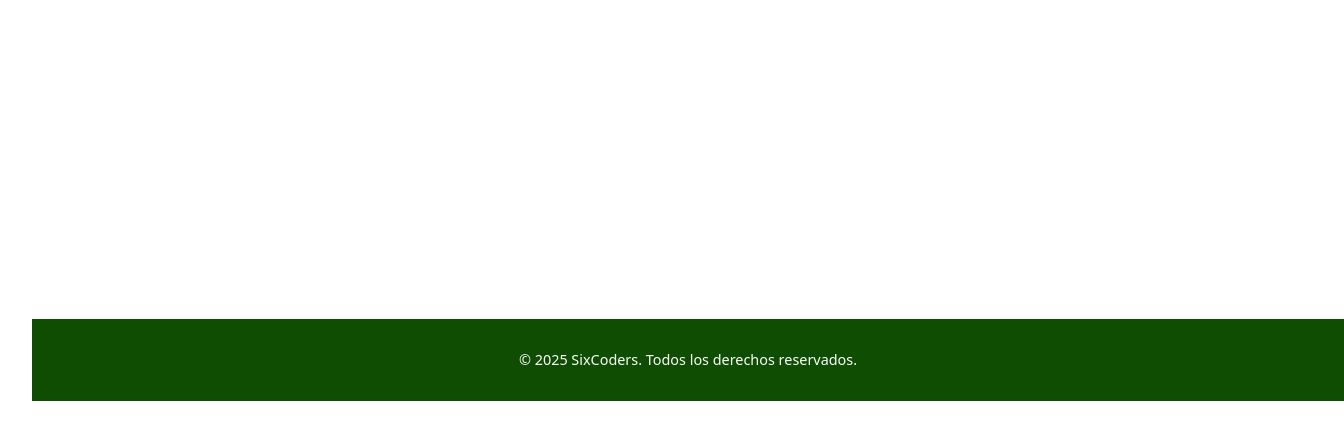
Repository: gaizkamg/cadena-de-postales-FRONT
Page: /
The author's editor kept a copy of each file at every save. The page is drawn from the files as they stood at one save, then again after the next save.
The browser window is 1280 px wide. The page is 1344 px wide, then 1280 px, so the pictures cover 1344 px, including what lies to the right of the window. The pictures show the whole page.
The project was rebuilt for these pictures with package versions that can differ from the ones it lists, and the page was loaded fresh each time. Also part of the build but not shown: vite.config.js.

Above is the page before, as saved 2025-05-21 08:45:13.

After the next save:
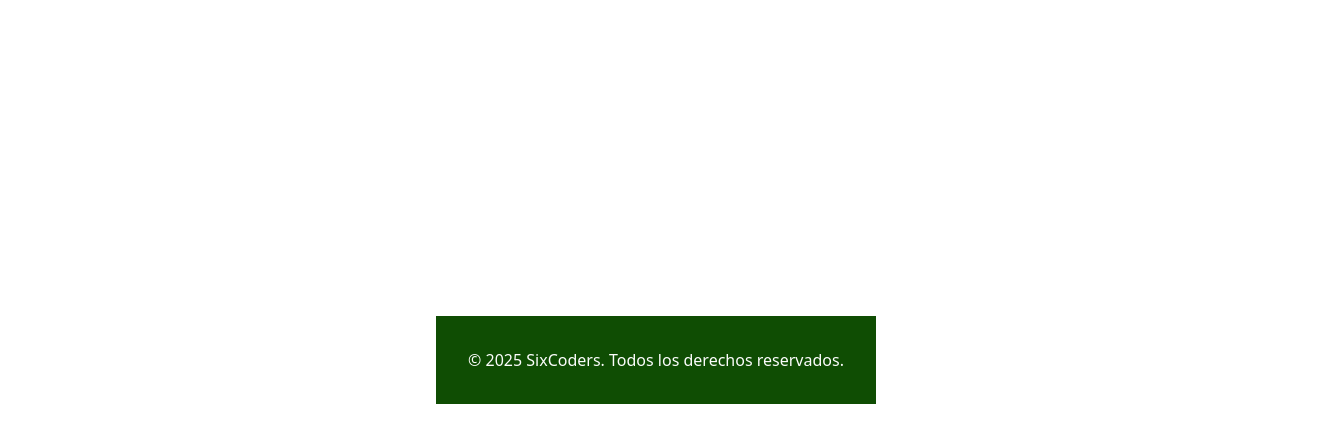
Saved 55 s later.
--- a/src/components/Footer.vue
+++ b/src/components/Footer.vue
@@ -5,17 +5,19 @@
 </template>
 
 <script setup>
-
+// no es necesario añadir nada aquí si no hay lógica
 </script>
 
 <style scoped>
 .footer {
-  position: relative;
+  width: 100%; /* Asegura que el footer ocupe todo el ancho */
   background-color: #0f4d03;
-  width: 100vw;
+  padding: 1rem;
+  color: #fcfdfc;
   text-align: center;
-  padding: 1rem;
-  font-size: 0.9rem;
-  color: #fcfdfc;
+
+  /* Por si algún contenedor padre tiene display flex */
+  display: block;
+  margin: 0;
 }
 </style>
